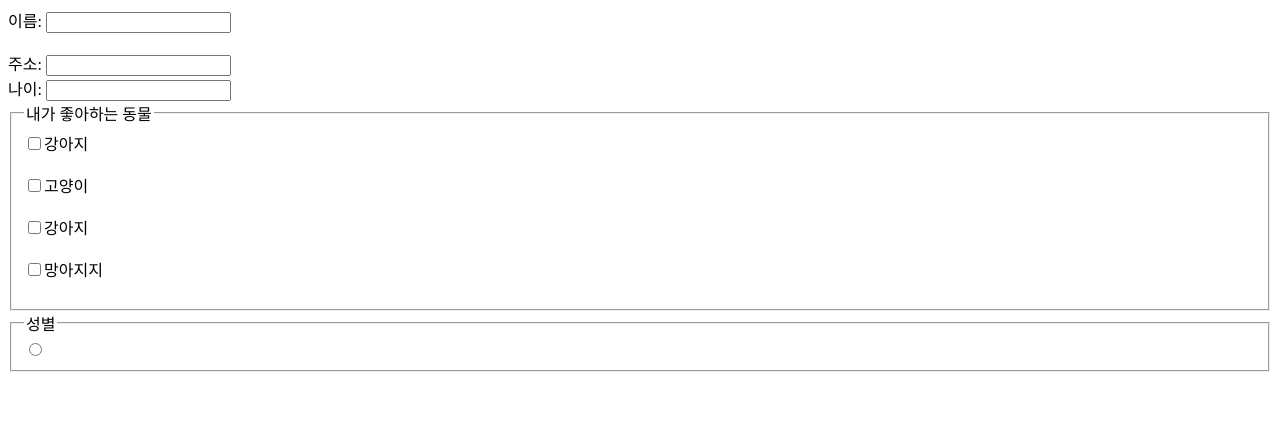
Repository: cordingdodo/javaworks2
Page: practice01/WebContent/input.html
The author's editor kept a copy of each file at every save. The page is drawn from the files as they stood at one save, then again after a run of saves.
The browser window is 1280 px wide. The pictures show the whole page.

Above is the page before, as saved 2022-10-17 07:04:40.

### practice01/WebContent/input.html
<!DOCTYPE html>
<html>
<head>
<meta charset="UTF-8">
<title>입력 데이터 처리와 주고 받기</title>
</head>
<body>
<form name="indata" action="test04.jsp" method="post">
	이름: <input type="text" name="name"><br><br>
	주소: <input type="text" name="addr"<br><br>
	나이: <input type="number" name="age"<br><br>
	<fieldset>
		<legend>내가 좋아하는 동물</legend>
		<input type="checkbox" name="pet" value="dog">강아지<br><br>
		<input type="checkbox" name="pet" value="cat">고양이<br><br>
		<input type="checkbox" name="pet" value="pig">강아지<br><br>
		<input type="checkbox" name="pet" value="horse">망아지지<br><br>
	</fieldset>
	<fieldset>
		<legend>성별</legend>
		<input type="radio" name="female" value="f">
	</fieldset>
</form>

</body>
</html>

After the next 2 saves:
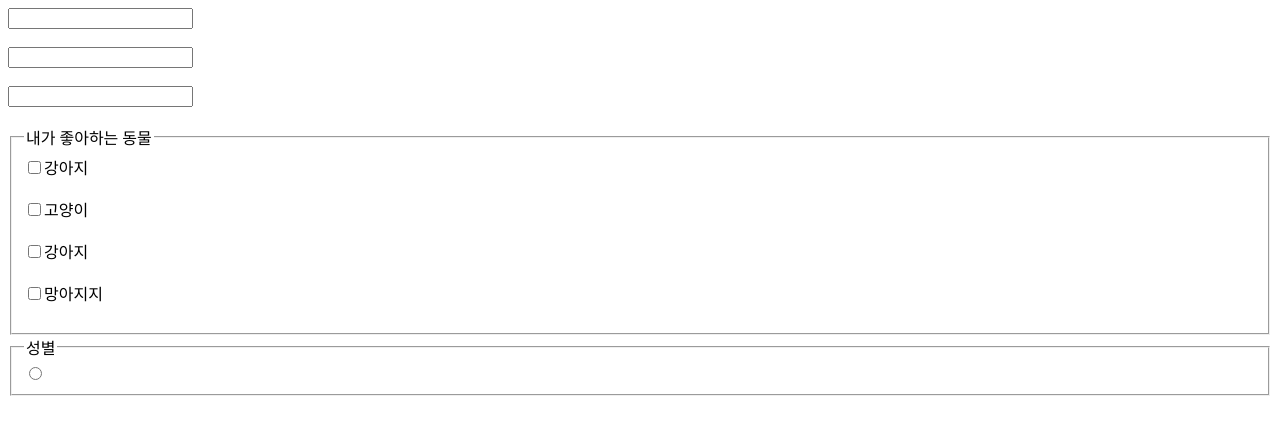
The 2 saves are shown as one change because they came seconds apart.
The last was saved 17 s later.
--- a/practice01/WebContent/input.html
+++ b/practice01/WebContent/input.html
@@ -6,9 +6,9 @@
 </head>
 <body>
 <form name="indata" action="test04.jsp" method="post">
-	이름: <input type="text" name="name"><br><br>
-	주소: <input type="text" name="addr"<br><br>
-	나이: <input type="number" name="age"<br><br>
+	<input type="text" name="name"><br><br>
+	<input type="text" name="addr"><br><br>
+	<input type="number" name="age"><br><br>
 	<fieldset>
 		<legend>내가 좋아하는 동물</legend>
 		<input type="checkbox" name="pet" value="dog">강아지<br><br>
